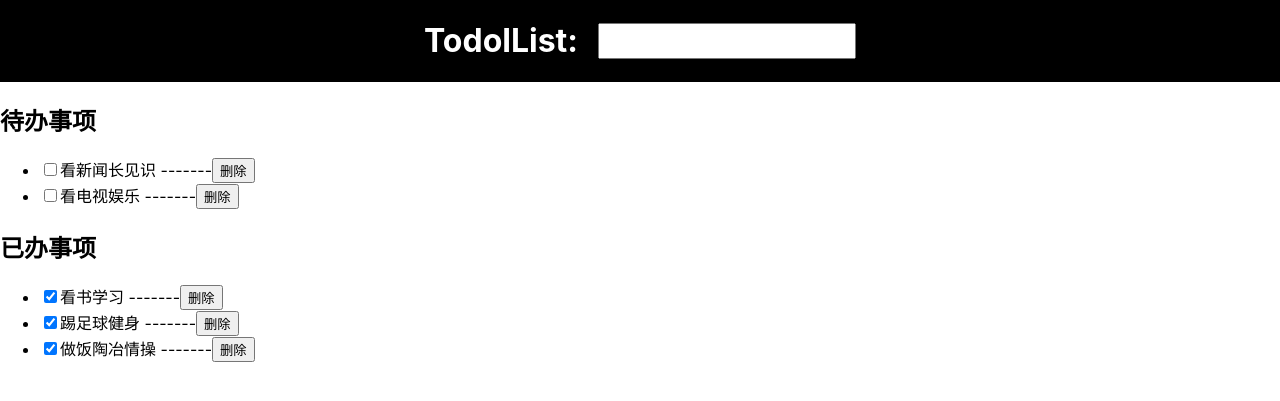
Repository: zhenzhen-gong/react-learning
Page: /content/01, after clicking the first element matching `button`
An editor plug-in stored every save of this project. The page is shown before and after the next save, followed by the edit.
The browser window is 1280 px wide. The pictures show the whole page.
The project was rebuilt for these pictures with package versions that can differ from the ones it lists, and the page was loaded fresh each time.

Above is the page before, as saved 2021-04-16 17:53:54.

After the next save:
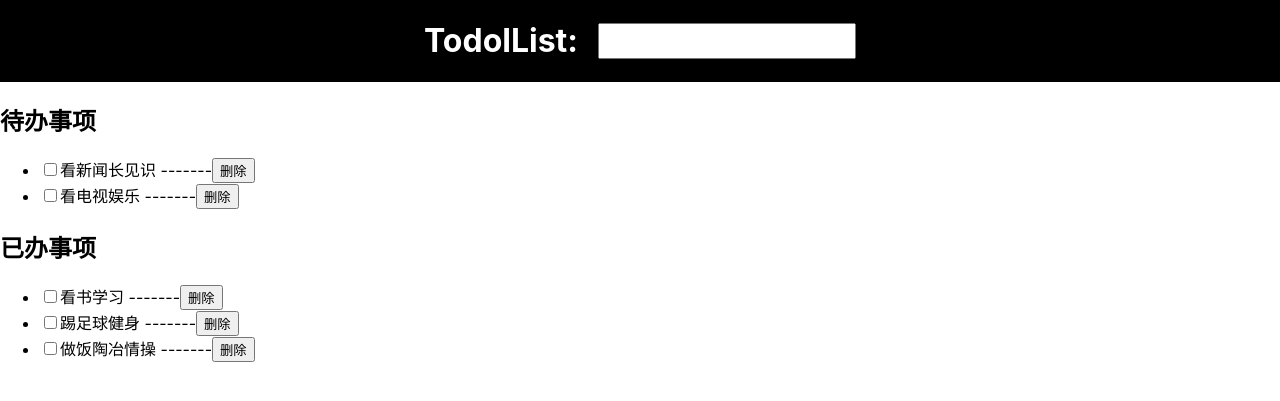
Saved 28 s later.
--- a/src/component/todolList/todolList.js
+++ b/src/component/todolList/todolList.js
@@ -75,7 +75,7 @@ class TodolList extends Component {
                             this.state.itemList.map((item, key) => {
                                 if (item.checked) {
                                  return <li key={key}>
-                                     <input type="checkbox" checked={item.checked} onChange={this.doneItem.bind(this, key)} />
+                                     <input type="checkbox" checked={!item.checked} onChange={this.doneItem.bind(this, key)} />
                                      {item.title} -------<button>删除</button></li>
                                 }
                             })
